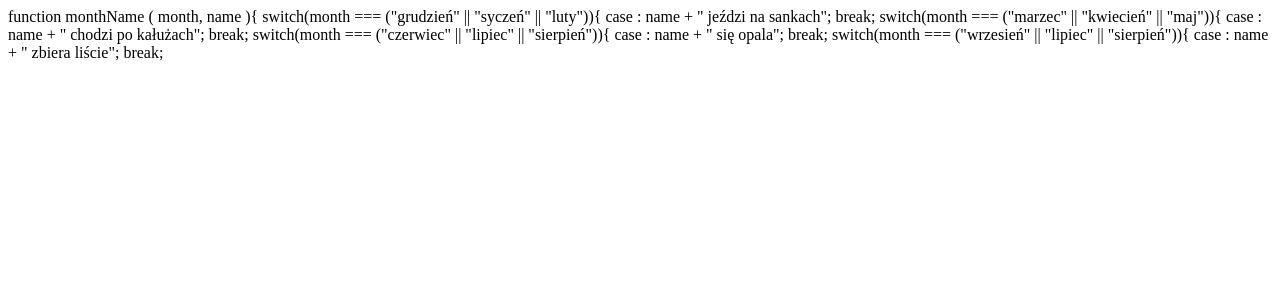
Repository: Maxs777/wizytowka
Page: index.html
These files come from the project's save history. The page is drawn as it stood at one moment and after a run of saves; the edit follows.
The browser window is 1280 px wide. The pictures show the whole page.

Above is the page before, as saved 2019-03-06 14:50:11.

After the next 3 saves:
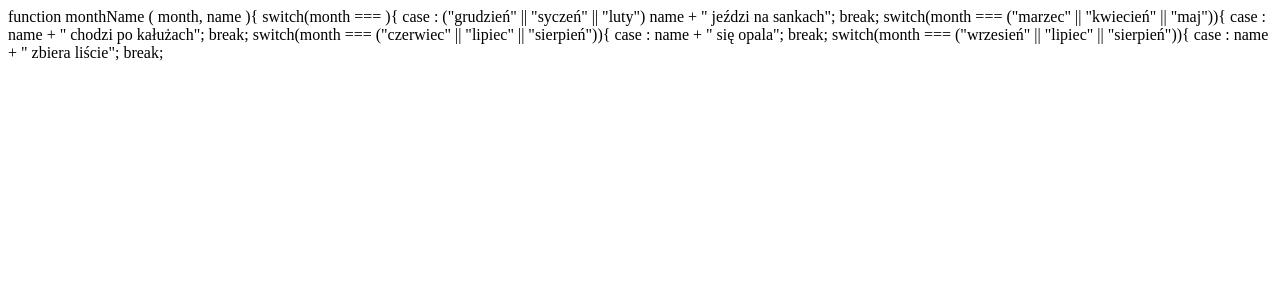
The 3 saves are shown as one change because they came seconds apart.
The last was saved 17 s later.
--- a/index.html
+++ b/index.html
@@ -14,8 +14,9 @@
 
 
 function monthName ( month, name ){
-switch(month === ("grudzień" || "syczeń" || "luty")){
-case : name + " jeździ na sankach";
+switch(month === ){
+case : ("grudzień" || "syczeń" || "luty")
+ name + " jeździ na sankach";
 break;
 switch(month === ("marzec" || "kwiecień" || "maj")){
 case : name + " chodzi po kałużach";
